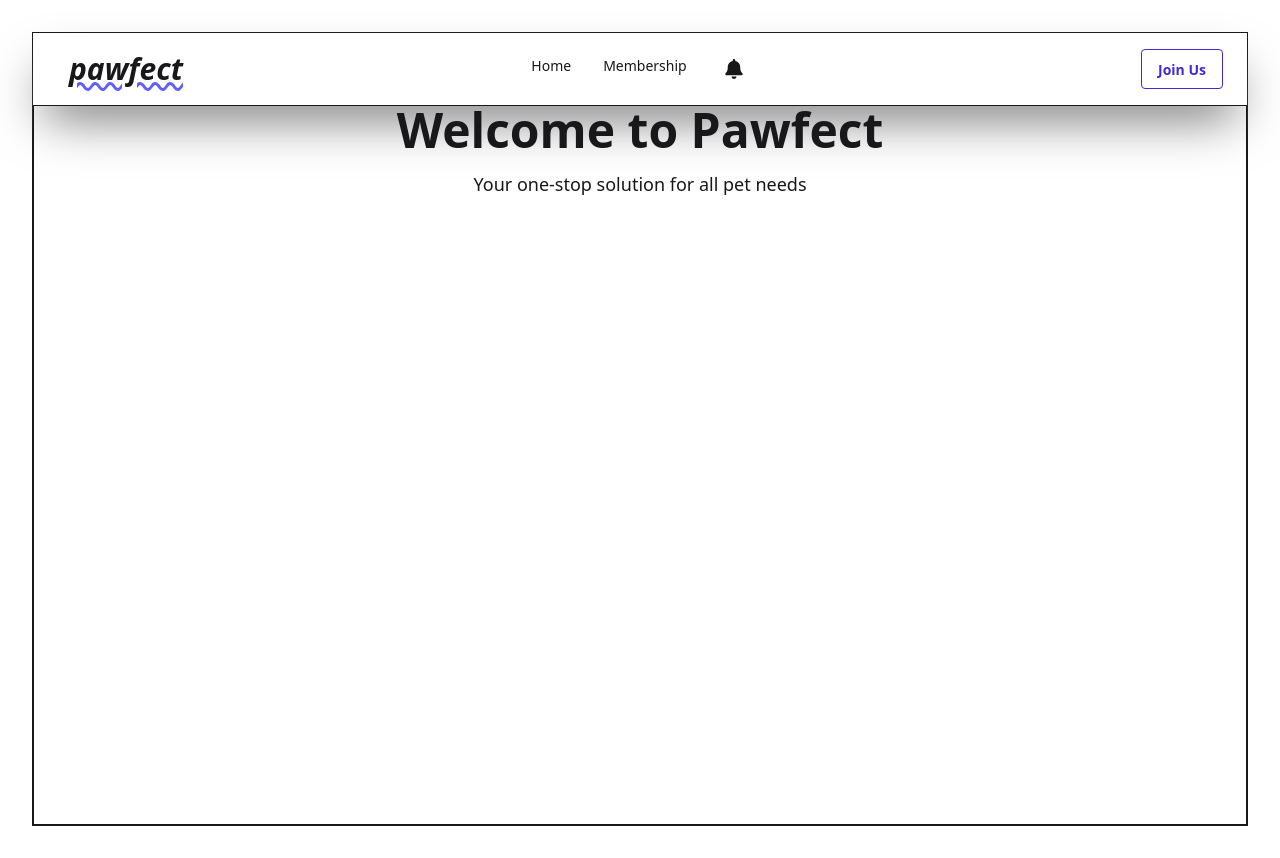
Repository: syedbayzid82849/DevForum_client_site
Page: /
These files come from the project's save history. The page is drawn as it stood at one moment and after a run of saves; the edit follows.
The browser window is 1280 px wide. The pictures show the whole page.
The project was rebuilt for these pictures with package versions that can differ from the ones it lists, and the page was loaded fresh each time. Also part of the build but not shown: vite.config.js, src/App.jsx, src/components/Navbar/JoinUsModal.jsx, src/pages/Authentication/Login.jsx, src/pages/Authentication/AuthLayout.jsx, src/pages/Authentication/Register.jsx.

Above is the page before, as saved 2025-07-08 22:46:59.

### src/main.jsx
import { StrictMode } from 'react'
import { createRoot } from 'react-dom/client'
import './index.css'
import App from './App.jsx'
import { RouterProvider } from 'react-router'
import router from './Routers/router.jsx'
import AuthProvider from './context/AuthProvider.jsx'

createRoot(document.getElementById('root')).render(
  <StrictMode>
    <AuthProvider>
      <RouterProvider router={router} />
    </AuthProvider>
  </StrictMode>,
)

### src/Routers/router.jsx
import React from 'react';
import { createBrowserRouter } from 'react-router';
import MainLayout from '../layouts/MainLayout/MainLayout';
import Login from '../pages/Authentication/Login';
import Home from '../pages/Home/Home';
import AuthLayout from '../pages/Authentication/AuthLayout';
import Register from '../pages/Authentication/Register';

const router = createBrowserRouter([
    {
        path: "/",
        element: <MainLayout></MainLayout>,
        children: [
            {
                index: true,
                element: <Home />,
            },
        ],
    },
    {
        path: "/",
        element: <AuthLayout />,
        children: [
            {
                path: "/login",
                element: <Login />,
            },
            {
                path: "/register",
                element: <Register />,
            },
        ],
    },
]);

export default router;

### src/context/AuthProvider.jsx
import React, { useEffect, useState } from 'react';
import { createUserWithEmailAndPassword, GithubAuthProvider, GoogleAuthProvider, onAuthStateChanged, signInWithEmailAndPassword, signInWithPopup, signOut, updateProfile } from "firebase/auth";
import { AuthContext } from '../context/AuthContext';
import { auth } from '../firebase/firebase.init';


const AuthProvider = ({ children }) => {
    const provider = new GoogleAuthProvider();
    // loading
    const [loading, setLoading] = useState(true);
    // user chack
    const [user, setUser] = useState(null);
    console.log(user);

    // create user with name, email, password, photoURL
    const createUserWithEP = (email, password) => {
        setLoading(true);
        return createUserWithEmailAndPassword(auth, email, password)
    }

    // log in user with email and password
    const loginUserWithEP = (email, password) => {
        setLoading(true);
        return signInWithEmailAndPassword(auth, email, password)
    }

    // sign in with google
    const userWithGoogle = () => {
        setLoading(true);
        return signInWithPopup(auth, provider)
    }


    // update user profile (new function)
    const updateUserProfile = (name, photo) => {
        setLoading(true);
        return updateProfile(auth.currentUser, {
            displayName: name,
            photoURL: photo
        });
    }

    // sign out user
    const signOutUser = () => {
        setLoading(true);
        return signOut(auth);
    }

    // // get all courses from the server
    // const getAllCourses = () => {
    //     setLoading(true);
    //     return axios.get('https://academix-hub-server.vercel.app/all-course')
    //         .then(response => {
    //             setLoading(false);
    //             return response.data;
    //         })
    //         .catch(error => {
    //             console.error("Error fetching courses:", error);
    //             throw error;
    //         });
    // }

    // user check
    useEffect(() => {
        const unsubscribe = onAuthStateChanged(auth, (currentUser) => {
            setUser(currentUser);
            setLoading(false);
        });
        return () => unsubscribe();
    }, []);



    const authInformation = {
        user,
        setUser,
        loading,
        setLoading,
        createUserWithEP,
        loginUserWithEP,
        userWithGoogle,
        updateUserProfile,
        signOutUser,
    };
    return (
        <AuthContext.Provider value={authInformation}>
            {children}
        </AuthContext.Provider>
    );
};

export default AuthProvider;

### src/layouts/MainLayout/MainLayout.jsx
import React from 'react';
import Navbar from '../../components/Navbar/Navbar';
import { Outlet } from 'react-router';

const MainLayout = () => {
    return (
        <div className=" mx-auto flex flex-col border">
            <Navbar />

            <main className="flex-1">
                <Outlet />
            </main>

            {/* <Footer /> */}
        </div>
    );
};

export default MainLayout;

### src/pages/Home/Home.jsx
import React from 'react';
import HeroSection from './HeroSection';

const Home = () => {
    return (
        <div className='min-h-screen max-w-7xl mx-auto flex flex-col px-4 border'>
            <HeroSection />
        </div>
    );
};

export default Home;

### src/firebase/firebase.init.js
// Import the functions you need from the SDKs you need
import { initializeApp } from "firebase/app";
import { getAuth } from "firebase/auth";

// TODO: Add SDKs for Firebase products that you want to use
// https://firebase.google.com/docs/web/setup#available-libraries

// Your web app's Firebase configuration
const firebaseConfig = {
    apiKey: import.meta.env.VITE_apiKey, // Use VITE_ prefix for environment variables in Vite
    authDomain: import.meta.env.VITE_authDomain, // Use VITE_ prefix for environment variables in Vite
    projectId: import.meta.env.VITE_projectId, // Use VITE_ prefix for environment variables in Vite
    storageBucket: import.meta.env.VITE_storageBucket, // Use VITE_ prefix for environment variables in Vite
    messagingSenderId: import.meta.env.VITE_messagingSenderId, // Use VITE_ prefix for environment variables in Vite
    appId: import.meta.env.VITE_appId // Use VITE_ prefix for environment variables in Vite
};

// Initialize Firebase
const app = initializeApp(firebaseConfig);


// Initialize Firebase Authentication and get a reference to the service
export const auth = getAuth(app);

### src/components/Navbar/Navbar.jsx
import { Link, NavLink } from "react-router";
import { FaBell, FaBars } from "react-icons/fa";
import { FiLogOut } from "react-icons/fi";
import { MdDashboard } from "react-icons/md";
import JoinUsModal from "./JoinUsModal";
import React, { useContext } from "react";
import { AuthContext } from "../../context/AuthContext";

const Navbar = () => {
    const { user , logOut } = useContext(AuthContext);
    // logout system
    const handleLogOut = () => {
        console.log("Logout clicked");
        logOut();
    };
    const navItems = (
        <>
            <li>
                <NavLink to="/" className="font-medium">Home</NavLink>
            </li>
            <li>
                <NavLink to="/membership" className="font-medium">Membership</NavLink>
            </li>
            {user && (
                <>
                    <li>
                        <NavLink to="/dashboard" className="font-medium flex items-center gap-1">
                            <MdDashboard />
                            Dashboard
                        </NavLink>
                    </li>
                    <li>
                        <button onClick={() => handleLogOut()} className="font-medium flex items-center gap-1">
                            <FiLogOut />
                            Logout
                        </button>
                    </li>
                </>
            )}
            <li>
                <button className="btn btn-ghost text-xl">
                    <FaBell />
                </button>
            </li>
        </>
    );
    const [isModalOpen, setIsModalOpen] = React.useState(false);


    return (
        <>
            <div className="bg-base-100 w-full px-4  shadow-2xl shadow-neutral-500 ">
                <div className="navbar max-w-7xl mx-auto ">

                    {/* Navbar Start */}
                    <div className="navbar-start flex items-center gap-2">
                        {/* Hamburger Menu (Mobile only) */}
                        <div className="dropdown">
                            <div tabIndex={0} className="btn btn-ghost pl-2 lg:hidden">
                                <FaBars className="text-xl" />
                            </div>
                            <ul
                                tabIndex={0}
                                className="menu menu-sm dropdown-content mt-3 z-[50] p-3 shadow bg-base-100 rounded-box w-52 space-y-1"
                            >
                                {navItems}
                            </ul>
                        </div>

                        {/* Logo - large screen only */}
                        <Link to="/" className="hidden lg:flex justify-center items-center ml-1">
                            <span className="text-3xl font-semibold italic underline decoration-wavy decoration-indigo-500">
                                pawfect
                            </span>
                        </Link>
                    </div>

                    {/* Logo - small screen only */}
                    <div className="navbar-center lg:hidden">
                        <Link to="/" className="ml-2">
                            <span className="text-3xl font-semibold italic underline decoration-wavy decoration-indigo-500">
                                pawfect
                            </span>
                        </Link>
                    </div>

                    {/* Large screen nav menu */}
                    <div className="navbar-center hidden lg:flex">
                        <ul className="menu menu-horizontal px-1 space-x-2">{navItems}</ul>
                    </div>

                    {/* Navbar End - Profile Dropdown */}
                    <div className="navbar-end">
                        {user ? (
                            // Logged-in view: show profile dropdown
                            <div className="dropdown dropdown-end">
                                <div tabIndex={0} className="btn btn-circle avatar online">
                                    <img
                                        src={user.photoURL || "/src/assets/user-default.jpg"}
                                        alt="Profile"
                                        className="rounded-full w-10 h-10"
                                    />
                                </div>
                                <ul
                                    tabIndex={0}
                                    className="mt-3 z-[50] p-2 shadow menu menu-sm dropdown-content bg-base-100 rounded-box w-52"
                                >
                                    <li>
                                        <p className="text-sm text-center font-semibold">
                                            {user.displayName}
                                        </p>
                                    </li>
                                    <li>
                                        <Link to="/dashboard">
                                            <MdDashboard />
                                            Dashboard
                                        </Link>
                                    </li>
                                    <li>
                                        <button onClick={() => handleLogOut()} className="flex items-center gap-1">
                                            <FiLogOut />
                                            Logout
                                        </button>
                                    </li>
                                </ul>
                            </div>
                        ) : (
                            // Not logged in: show Join Us button
                            <button
                                onClick={() => setIsModalOpen(true)}
                                className="btn btn-outline btn-primary ">
                                Join Us
                            </button>
                        )}
                    </div>
                </div>
            </div>
            {/* Join Us Modal */}
            {isModalOpen && <JoinUsModal closeModal={() => setIsModalOpen(false)} />}
        </>
    );
};

export default Navbar;

### src/pages/Home/HeroSection.jsx
import React from 'react';

const HeroSection = () => {
    return (
        <div>
            <h1 className="text-5xl font-bold">Welcome to Pawfect</h1>
            <p className="mt-4 text-lg">Your one-stop solution for all pet needs</p>
        </div>
    );
};

export default HeroSection;

Loaded but not shown: index.html (common file); src/index.css (common file); src/App.css (common file); src/context/AuthContext.jsx (common file)

After the next 5 saves:
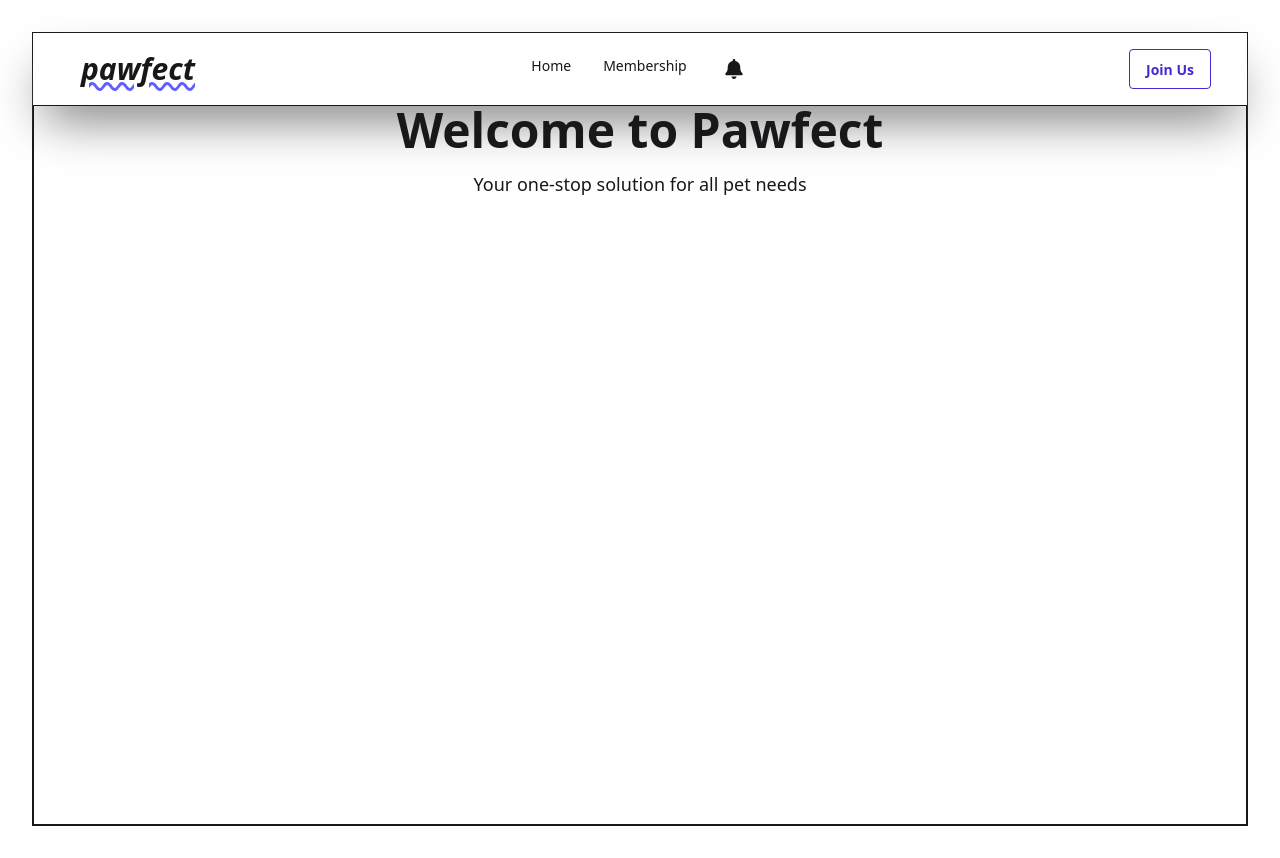
The 5 saves are shown as one change because they came seconds apart.
The last was saved 55 s later.
--- a/src/components/Navbar/Navbar.jsx
+++ b/src/components/Navbar/Navbar.jsx
@@ -49,7 +49,7 @@ const Navbar = () => {
 
     return (
         <>
-            <div className="bg-base-100 w-full px-4  shadow-2xl shadow-neutral-500 ">
+            <div className="bg-base-100 w-full px-4 lg:px-7  shadow-2xl shadow-neutral-500 ">
                 <div className="navbar max-w-7xl mx-auto ">
 
                     {/* Navbar Start */}
